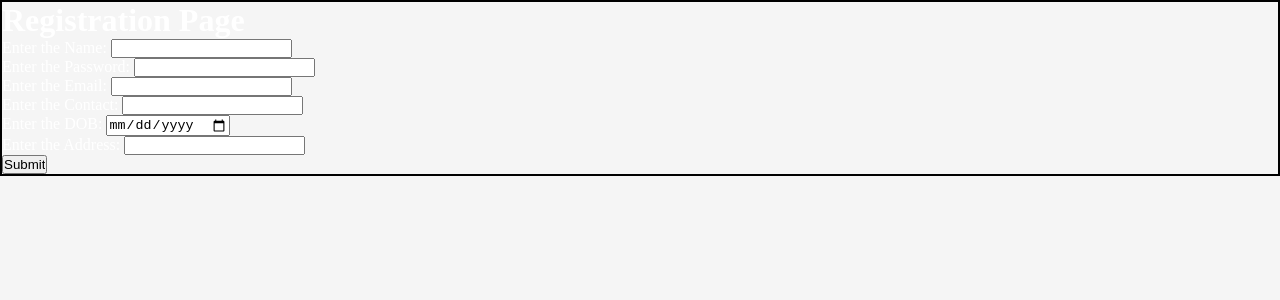
Repository: Pradeep4802/utopiatech
Page: eclipse-workspace/OwnServlet/src/main/webapp/Home.html
An editor plug-in stored every save of this project. The page is shown before and after the next save, followed by the edit.
The browser window is 1280 px wide. The pictures show the whole page.

Above is the page before, as saved 2023-10-09 09:58:35.

After the next save:
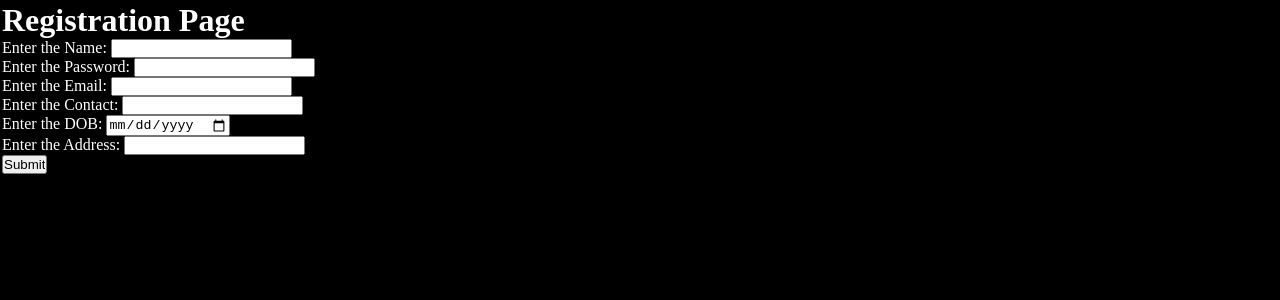
Saved 12 s later.
--- a/eclipse-workspace/OwnServlet/src/main/webapp/Home.html
+++ b/eclipse-workspace/OwnServlet/src/main/webapp/Home.html
@@ -11,7 +11,7 @@
 	}
 
 	body {
-		background: whitesmoke;
+		background: black;
 	}
 
 	.container {
